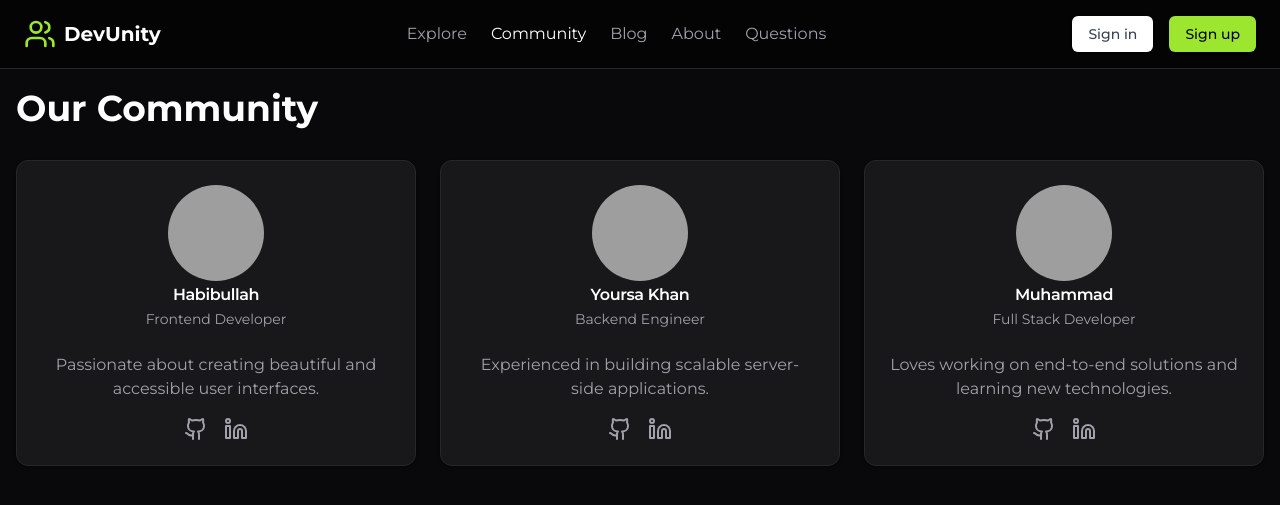
Repository: asadullah48/asadullahshafique_devunity
Page: /community
These files come from the project's save history. The page is drawn as it stood at one moment and after the next save; the edit follows.
The browser window is 1280 px wide. The pictures show the whole page.
Pictures or frames that could not be fetched are drawn as grey boxes. The project was rebuilt for these pictures with package versions that can differ from the ones it lists, and the page was loaded fresh each time. The framework's server and built-in components were replaced by stand-ins that run in the browser. Also part of the build but not shown: next.config.js, next.config.ts.

Above is the page before, as saved 2024-11-10 10:28:43.

After the next save:
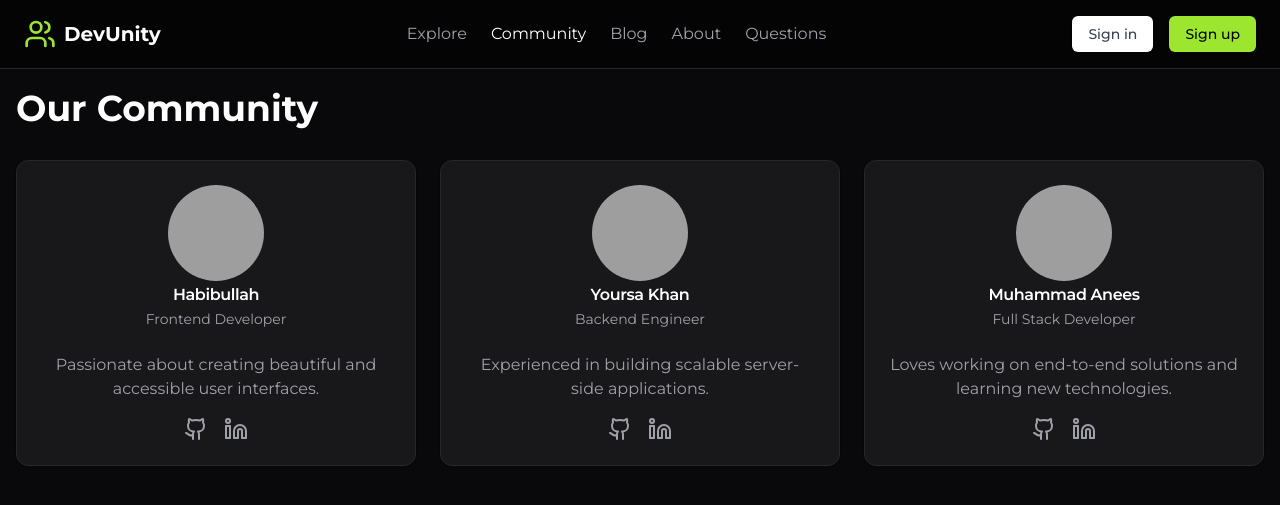
Saved 9 s later.
--- a/src/app/community/page.tsx
+++ b/src/app/community/page.tsx
@@ -23,7 +23,7 @@ export default function CommunityPage() {
       linkedin: "",
     },
     {
-      name: "Muhammad",
+      name: "Muhammad Anees",
       role: "Full Stack Developer",
       description:
         "Loves working on end-to-end solutions and learning new technologies.",
